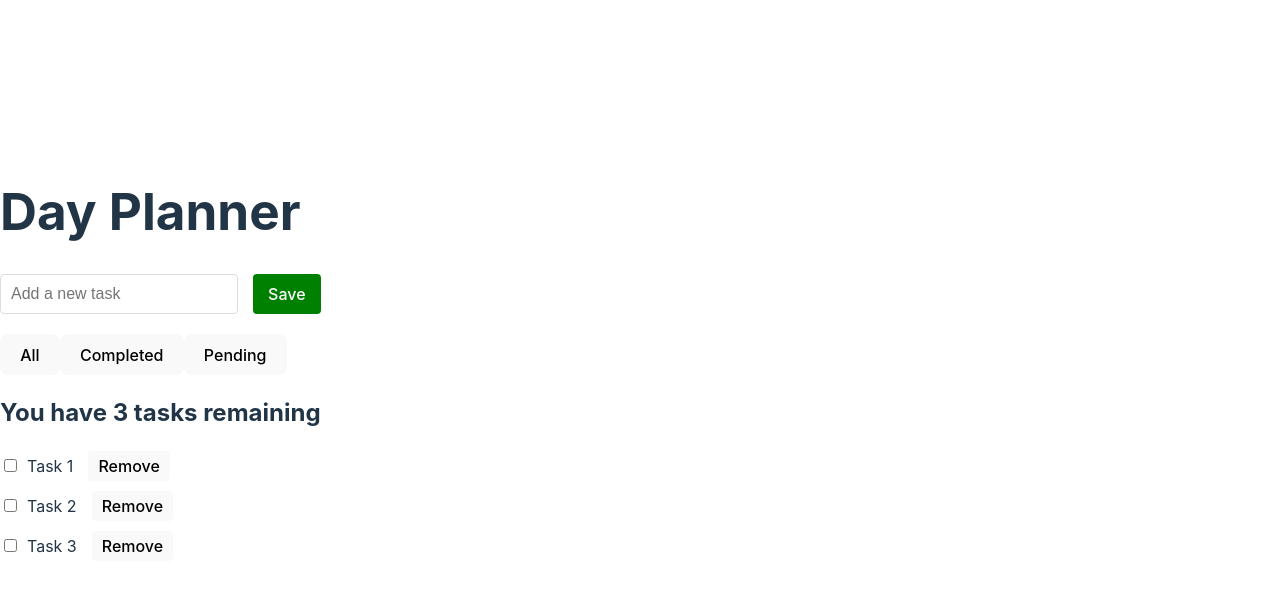
Repository: GavinPahal/Lab7
Page: /
These files come from the project's save history. The page is drawn as it stood at one moment and after the next save; the edit follows.
The browser window is 1280 px wide. The pictures show the whole page.
The project was rebuilt for these pictures with package versions that can differ from the ones it lists, and the page was loaded fresh each time. Also part of the build but not shown: vite.config.js.

Above is the page before, as saved 2024-10-28 14:29:27.

After the next save:
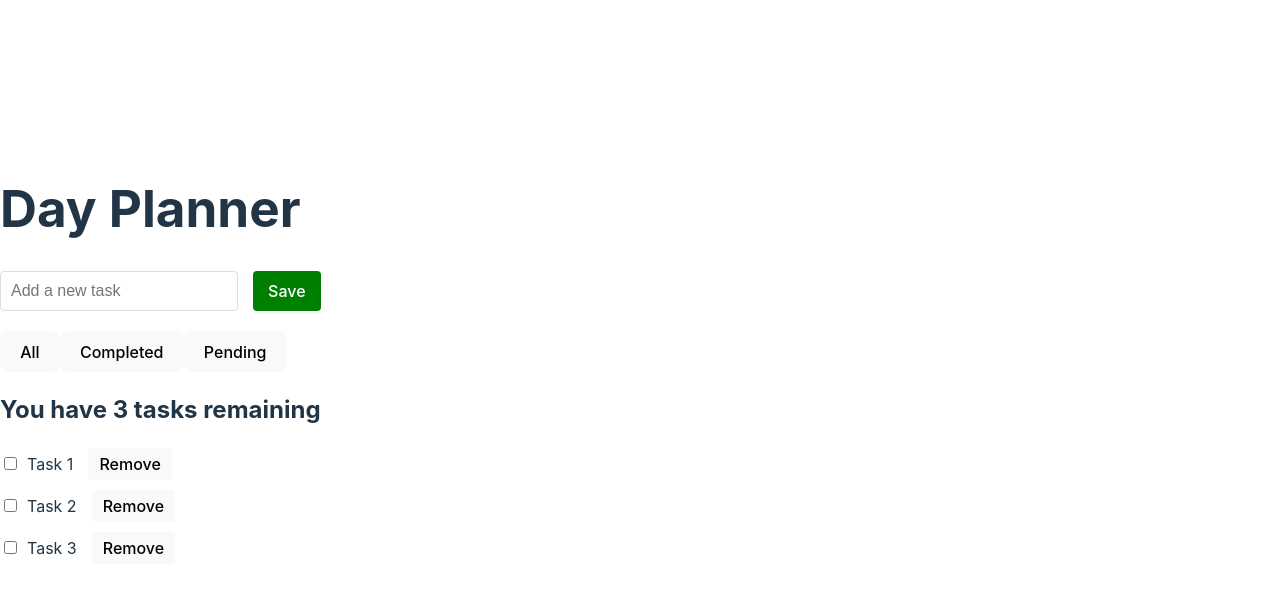
Saved 6 s later.
--- a/src/App.css
+++ b/src/App.css
@@ -42,7 +42,6 @@
 
 .remove-button {
   padding: 5px 10px; /* Padding for the button */
-  border: none; /* No border */
   cursor: pointer; /* Pointer cursor on hover */
   border-radius: 4px; /* Rounded corners */
 }
